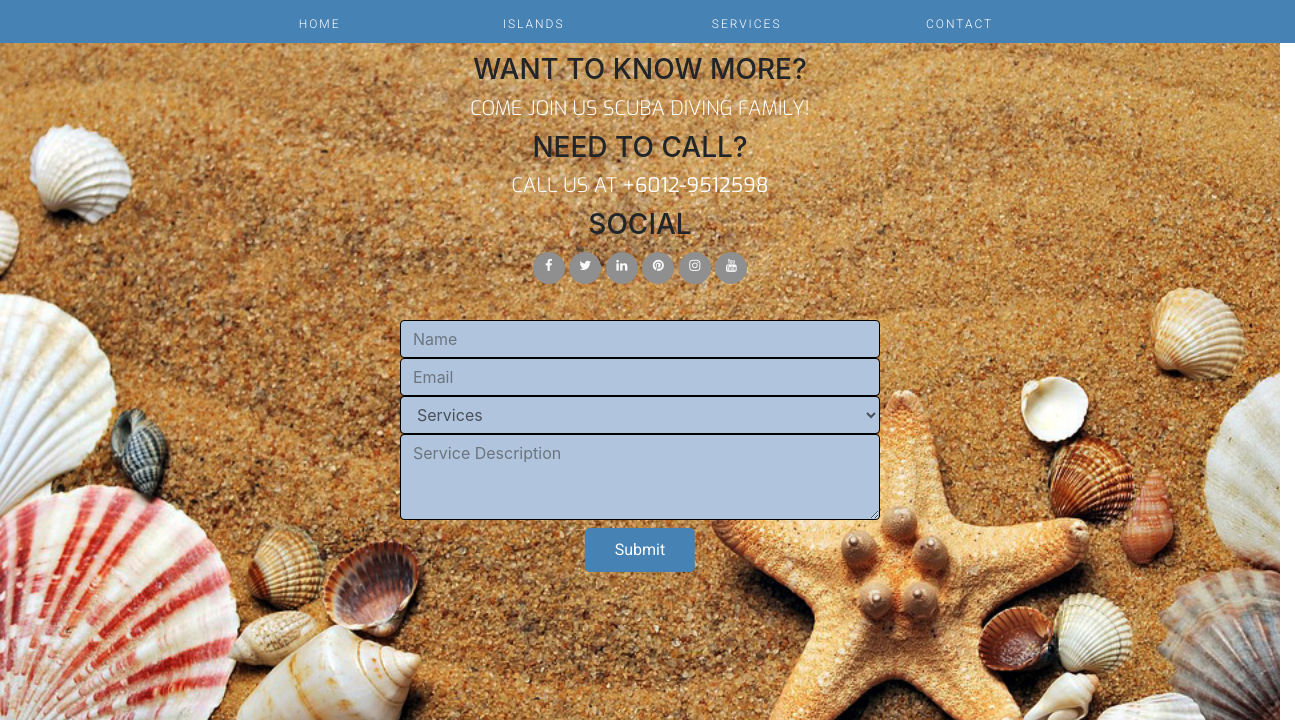
Repository: Code-Institute-Submissions/cathyann-diving.github.io
Page: contact.html
The author's editor kept a record of every edit. The page is drawn from the files as they stood at one moment, then again after the next edit.
The browser window is 1280 px wide. The page is 1295 px wide, so the pictures cover 1295 px, including what lies to the right of the window. The pictures show the whole page.

Above is the page before.

After the next edit:
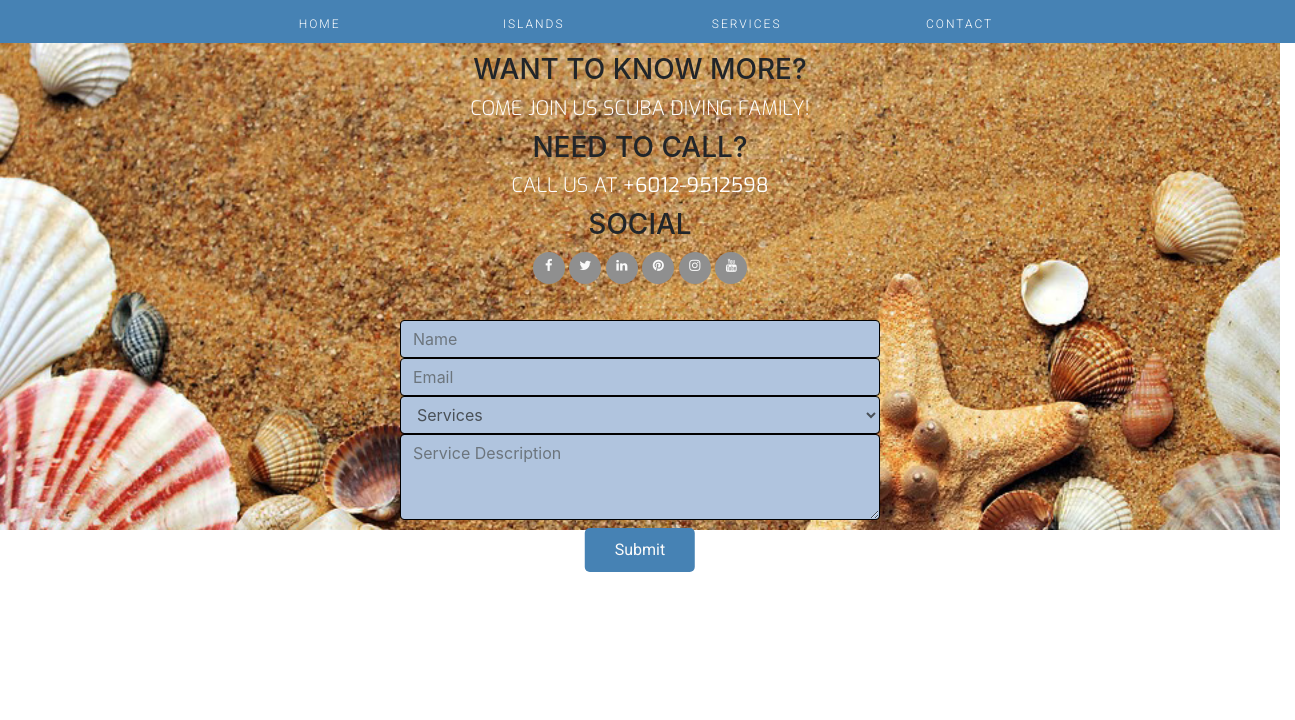
The edit:
--- a/contact.html
+++ b/contact.html
@@ -35,8 +35,8 @@
             </div>
         </div>
     </div>
-    <section class="container-fluid bg-contact">
-        <div class="row bg-color-contact">
+    <div class="container bg-contact">
+        <div class="row">
             <div class="col">
                 <h3 class="uppercase text-center">Want to know more?</h3>
                 <h5 class="contact-heading uppercase text-center">Come join us Scuba diving family!</h5>

After the 2 edits that followed:
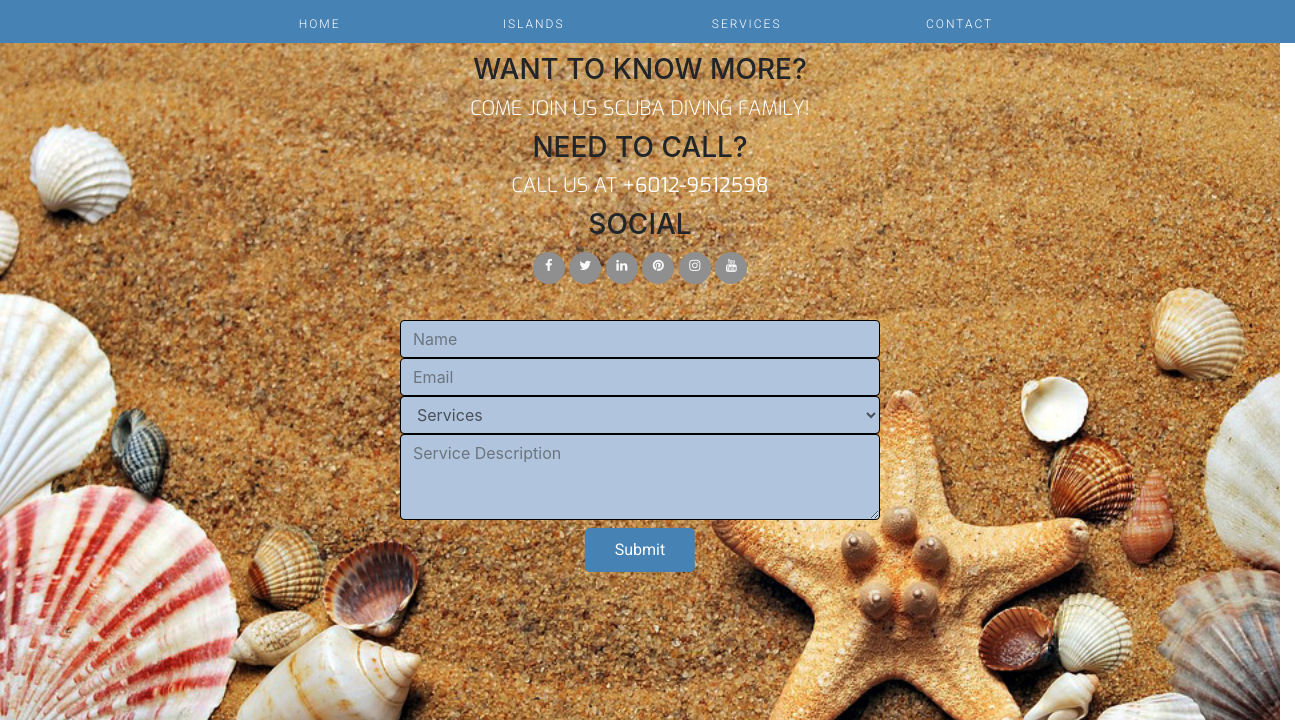
The 2 edits are shown as one change because 1 left the picture as it was.
The edit:
--- a/contact.html
+++ b/contact.html
@@ -35,7 +35,8 @@
             </div>
         </div>
     </div>
-    <div class="container bg-contact">
+    <div class="bg-contact">
+    <div class="container">
         <div class="row">
             <div class="col">
                 <h3 class="uppercase text-center">Want to know more?</h3>
@@ -114,7 +115,7 @@
                 </div>
             </div>
         </div>
-    </section>
+    </div>
 
 </body>
 
